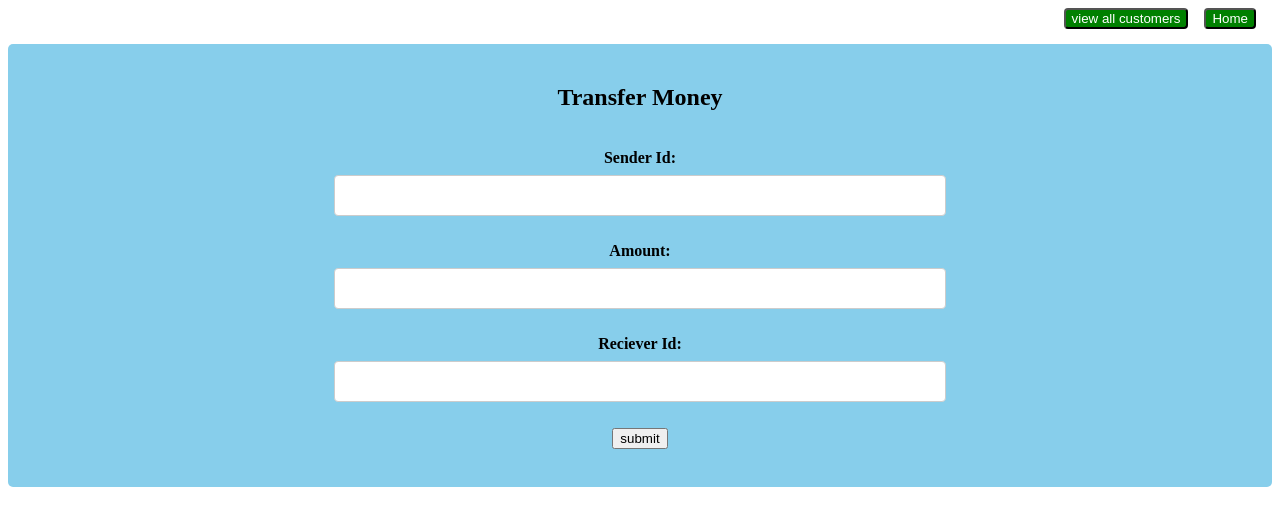
Repository: BarnalaManognaram/sparxintern
Page: sparx_internship/sparx/src/main/webapp/transfer.html
The author's editor kept a copy of each file at every save. The page is drawn from the files as they stood at one save, then again after the next save.
The browser window is 1280 px wide. The pictures show the whole page.

Above is the page before, as saved 2021-09-19 16:41:12.

### sparx_internship/sparx/src/main/webapp/transfer.html
<!DOCTYPE html>
<html>
<head>
<meta charset="ISO-8859-1">
<title>transfer</title>
<link rel="stylesheet" href="home.css">
</head>
<body>
<a href="home.html"><button class="button1">Home</button></a>
<a href="Customer"><button class="button1">view all customers</button></a><br><br>
  <center>
  <div class="back">
   <h2>Transfer Money</h2><br>
    <b>Sender Id:</b><br><input  type="text" name="sid" /><br><br>
    <b>Amount:</b><br><input  type="text" name="tm"/><br><br>
    <b>Reciever Id:</b><br><input type="text" name="rid"/><br><br>
    <input type="button" value="submit"/><br><br>
    </div>
  </center>
</body>
<style>
input[type=text], select {
  width: 50%;
  padding: 12px 20px;
  margin: 8px 0;
  display: inline-block;
  border: 1px solid #ccc;
  border-radius: 4px;
  box-sizing: border-box;
}

input[type=submit] {
  width: 50%;
  background-color:skyblue;
  color: white;
  padding: 14px 20px;
  margin: 8px 0;
  border: none;
  border-radius: 4px;
  cursor: pointer;
}



div {
  border-radius: 5px;
  background-color: skyblue;
  padding: 20px;
}
</style>
</html>

### sparx_internship/sparx/src/main/webapp/home.css
@charset "ISO-8859-1";
.button{
	background-color:green;
	color: white;
	border-radius: 8px;
		margin-left:690px;
}
.button1{
	background-color:green;
	color: white;
	border-radius: 4px;
	float: right;
	margin-right:16px;
}
.heading{
	color:green;
}
.bottom{
	background-color:skyblue;
	border-radius: 8px;

}

.table {
  font-family: arial, sans-serif;
  border-collapse: collapse;
  width: 100%;
}

.td {
  border: 1px solid #dddddd;
  text-align: left;
  padding: 8px;
}

.tr:nth-child(even) {
  background-color: #dddddd;
}

After the next save:
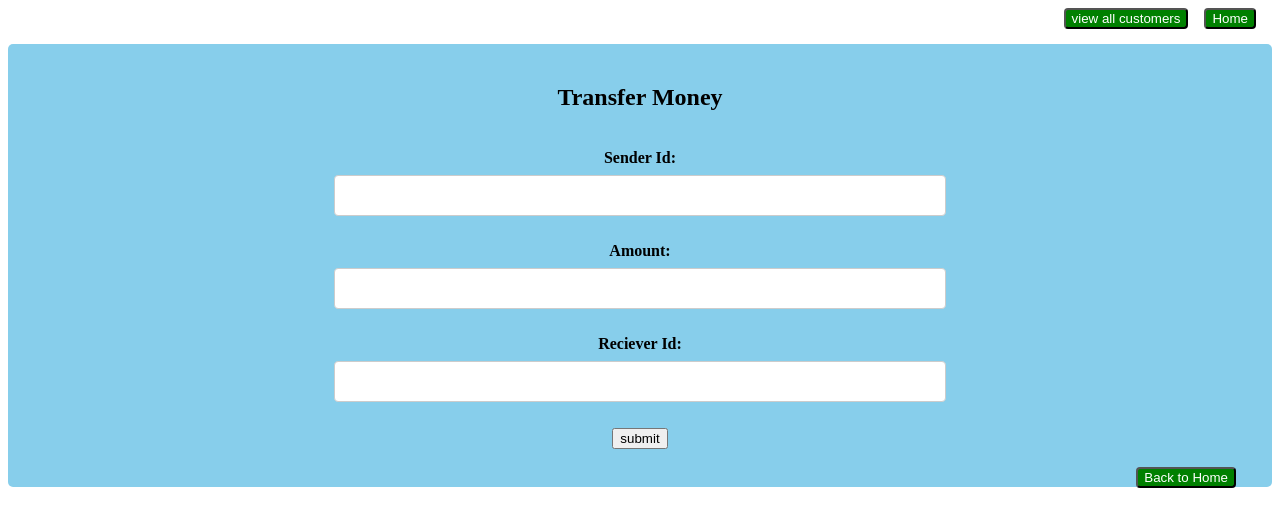
Saved 113 s later.
--- a/sparx_internship/sparx/src/main/webapp/transfer.html
+++ b/sparx_internship/sparx/src/main/webapp/transfer.html
@@ -15,6 +15,7 @@
     <b>Amount:</b><br><input  type="text" name="tm"/><br><br>
     <b>Reciever Id:</b><br><input type="text" name="rid"/><br><br>
     <input type="button" value="submit"/><br><br>
+    <a href="home.html"><button class="button1">Back to Home</button></a>
     </div>
   </center>
 </body>
